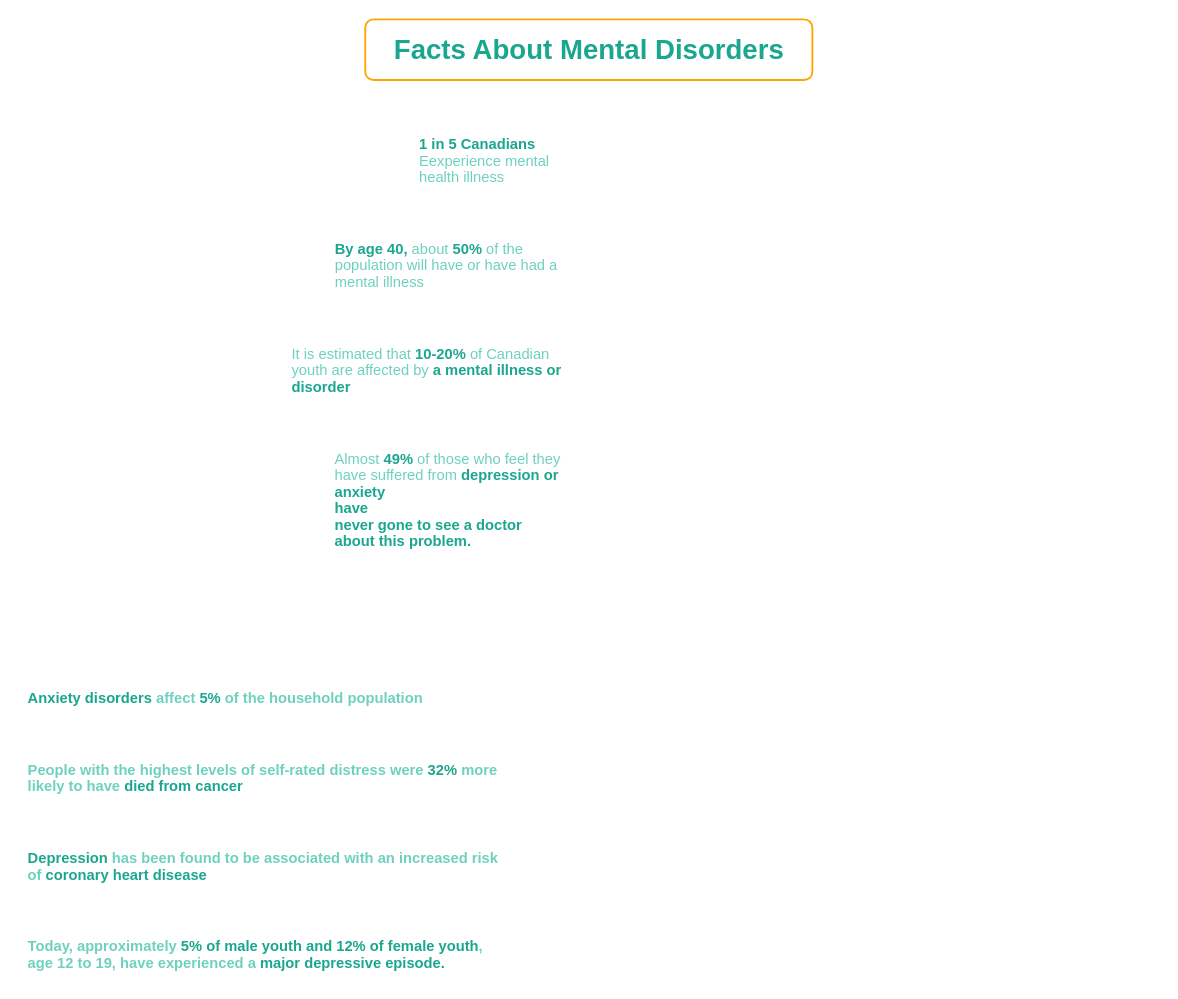
Repository: zzs1/2109-Dynamic-Content-Project
Page: joyce_code/index.html
The author's editor kept a copy of each file at every save. The page is drawn from the files as they stood at one save, then again after a run of saves.
The browser window is 1280 px wide. The pictures show the whole page, at 92% of full size.
Some web fonts or font styles are not loaded; a fallback is used.

Above is the page before, as saved 2021-03-08 20:53:05.
Console error: TypeError: Cannot read properties of null (reading 'innerHTML')

### joyce_code/index.html
<!DOCTYPE html>
<html>
  <head>
    <meta charset="UTF-8">
    <title>. </title>
    <link href="style.css" type="text/css" rel="stylesheet">
    <link href="https://fonts.googleapis.com/css2?family=Saira+Semi+Condensed:wght@500&display=swap" rel="stylesheet">
  </head>
  <body>
      <div id="main">

        <h3 id="heading"> Facts About Mental Disorders </h3>

        <div class="boxes" id="box1">
              <div class="text"><strong class="keyword">1 in 5 Canadians</strong> Eexperience mental health illness  </div>
              <div class="pic"></div>
        </div>

        <div class="boxes"  id="box2">
              <div class="pic"></div>
              <div class="text"><strong class="keyword">By age 40,</strong>
                about <div class="highlight">50%</div>  of the population will have or have had a mental illness  </div>
        </div>

        <div class="boxes" id="box3">
              <div class="text">It is estimated that <strong class="keyword">10-20% </strong> of Canadian youth are affected by <div class="highlight">a mental illness or disorder</div> </div>
              <div class="pic"></div>
        </div>

        <div class="boxes"  id="box4">
            <div class="pic"></div>
            <div class="text">Almost <strong class="keyword">49% </strong>of those who feel they have suffered from<strong class="keyword"> depression or anxiety</div> have <div id="highlight">never gone to see a doctor</div> about this problem.  </div>
        </div>

        <div class="boxes"  id="box5">
          <div class="text"><div class="highlight">Anxiety disorders</div> affect <div class="highlight">5%</div> of the household population </div>
          <div class="pic"></div>
        </div>

        <div class="boxes" id="box6">
          <div class="pic"></div>
          <div class="text">People with the highest levels of self-rated distress were <div class="highlight">32%</div> more likely to have <div class="highlight">died from cancer</div></div>
        </div>

        <div class="boxes" id="box7">
          <div class="text"><div class="highlight">Depression </div>has been found to be associated with an increased risk of <div class="highlight">coronary heart disease</div> </div>
          <div class="pic"></div>
        </div>

        <div class="boxes" id="box8">
          <div class="text">Today, approximately <div class="highlight">5% of male youth and 12% of female youth</div>, age 12 to 19, have experienced a <div class="highlight">major depressive episode.</div></div>
          <div class="pic"></div>
        </div>

      </div>
      <script src="index.js"></script>
      </body>
      </html>

### joyce_code/style.css
html, body{
    margin:0;
    font-family: 'Saira Semi Condensed', sans-serif;

}

#main{
    width:100vw;
    height:100vh;
    display:flex;
    flex-direction:column;
    align-self: start;
    align-items:center;

}

#heading{
    margin-top: 20px;
    font-size: 30px;
    color:#1BA68F;
    border:2px solid  orange;
    max-height:30%;
    max-width: 80%;
    padding:15px 30px;
    border-radius: 10px;
}

.boxes{
    padding:30px;
    max-height:40%;
    max-width: 80%;
    display: flex;
    flex-direction:column;
}
.text{
    display: inline;
    max-width: 50%;
    color:#6ED1BF;
}

.picture{
    width: 50%;
}

.keyword{
    color:#1BA68F;
}

.highlight{
    display: inline;
    color:#1BA68F;
    font-size: 16px;
    font-weight: bold;
}

### index.js
// DONT TOUCH !!Chisaki JS start from here
document.querySelector(".title").innerHTML += TitleUI("#FFFFFF","#1BA68F","Top 3 Mental illness in US","#1BA68F");
document.querySelector(".card").innerHTML += CardUI("What is top 1 Mental illness ?", "Bipolar disorder", "Anxiety disorder", "Major depressive disorder","Anxiety disorder","Symptoms can include excessive worrying, feeling agitated, restlessness, fatigue, tense muscles, difficulty sleeping, and panic attacks");
document.querySelector(".card").innerHTML += CardUI("What is 2nd Mental illness ?", "Bipolar disorder", "Anxiety disorder", "Major depressive disorder","Major depressive disorder", "Symptoms include depressed mood, change in weight, appetite and sleep patterns, fatigue, and a feeling of worthlessness");
document.querySelector(".card").innerHTML += CardUI("What is 3rd Mental illness ?", "Bipolar disorder", "Anxiety disorder", "Major depressive disorder","Bipolar disorder","Symptoms  include experience manic episodes where their moods and behaviors are drastically different than normal.");
document.querySelector(".title2").innerHTML += TitleUI("#FFFFFF","#FFD4C1","How to improve your mental health?","#FFAA81");
document.querySelector(".icon").innerHTML += IconUI("icon1",'comps/icon/pic1.svg',"EAT WELL");
document.querySelector(".icon").innerHTML += IconUI("icon2",'comps/icon/pic2.svg',"STRECHING");
document.querySelector(".icon").innerHTML += IconUI("icon3",'comps/icon/pic3.jpg',"STOP TOBBACO");
document.querySelector(".icon").innerHTML += IconUI("icon4",'comps/icon/pic4.svg', "TREAT YOURSELF");
document.querySelector(".icon").innerHTML += IconUI("icon5",'comps/icon/pic5.svg', "CHAT CHAT CHAT");
document.querySelector(".icon").innerHTML += IconUI("icon6",'comps/icon/pic6.svg', "PLAN YOUR GOAL");
document.querySelector(".info").innerHTML += InfoUI("info1",'comps/icon/pic1.svg',"Eat and drink to optimize your health","Eating healthy is not only good for your physical health, but also for your mental health. some people release their stress by eating junk foods, taking caffeine, or drinking alcohol, but it is not a good way to release your stress in the long run. Consider making healthy eating and drinking habits. ");
document.querySelector(".info").innerHTML += InfoUI("info2",'comps/icon/pic2.svg',"Exercise regularly","Try to do some exercises because we can ease our stress by moving our body. You can try non-competitive exercises, such as aerobics, weight training, and yoga. According to the study, aerobic exercise can release endorphins which are natural substances that make your feeling better and keep you being positive.");
document.querySelector(".info").innerHTML += InfoUI("info3",'comps/icon/pic3.jpg',"Stop using tobacco and nicotine products","Did you know smoking is not only bad for your physical health, but also mental health? Smoking increases your anxiety and tension. In fact, if you try to stop smoking and get rid of the nicotine, you would feel irritable and anxious due to the signals from certain chemicals in the brain.");
document.querySelector(".info").innerHTML += InfoUI("info4",'comps/icon/pic4.svg', "Study and practice relaxation techniques", "Finding your relaxation way is really important to relieve your stress. It can be anything that you would like to do, such as taking a long bath, deep breathing, doing mindfulness meditation, or daydreaming. In retheraphy, we are also introducing some popular relaxation ways.");
document.querySelector(".info").innerHTML += InfoUI("info5",'comps/icon/pic5.svg', "Talk how you feel to someone","By talking your concerns to someone else, you can organize your feeling. Moreover, someone may give you some advice for your concerns. It is always a good idea to talk your feelings to people you trust. If your concerns are really personal ones, you can also reach out to some professional consultants.");
document.querySelector(".info").innerHTML += InfoUI("info6",'comps/icon/pic6.svg', "Set realistic goals and expectations", "By setting realistic goals and achieving small goals step by step, you can get more and more confident on yourself. For example, if you are trying to go on diet, you can start by walking 1 or 2 bus stops distance once or twice a week. When you making a plan, it is a good idea to consider your plan for the long run.");
// DONT TOUCH !!Chisaki JS End here

After the next 4 saves:
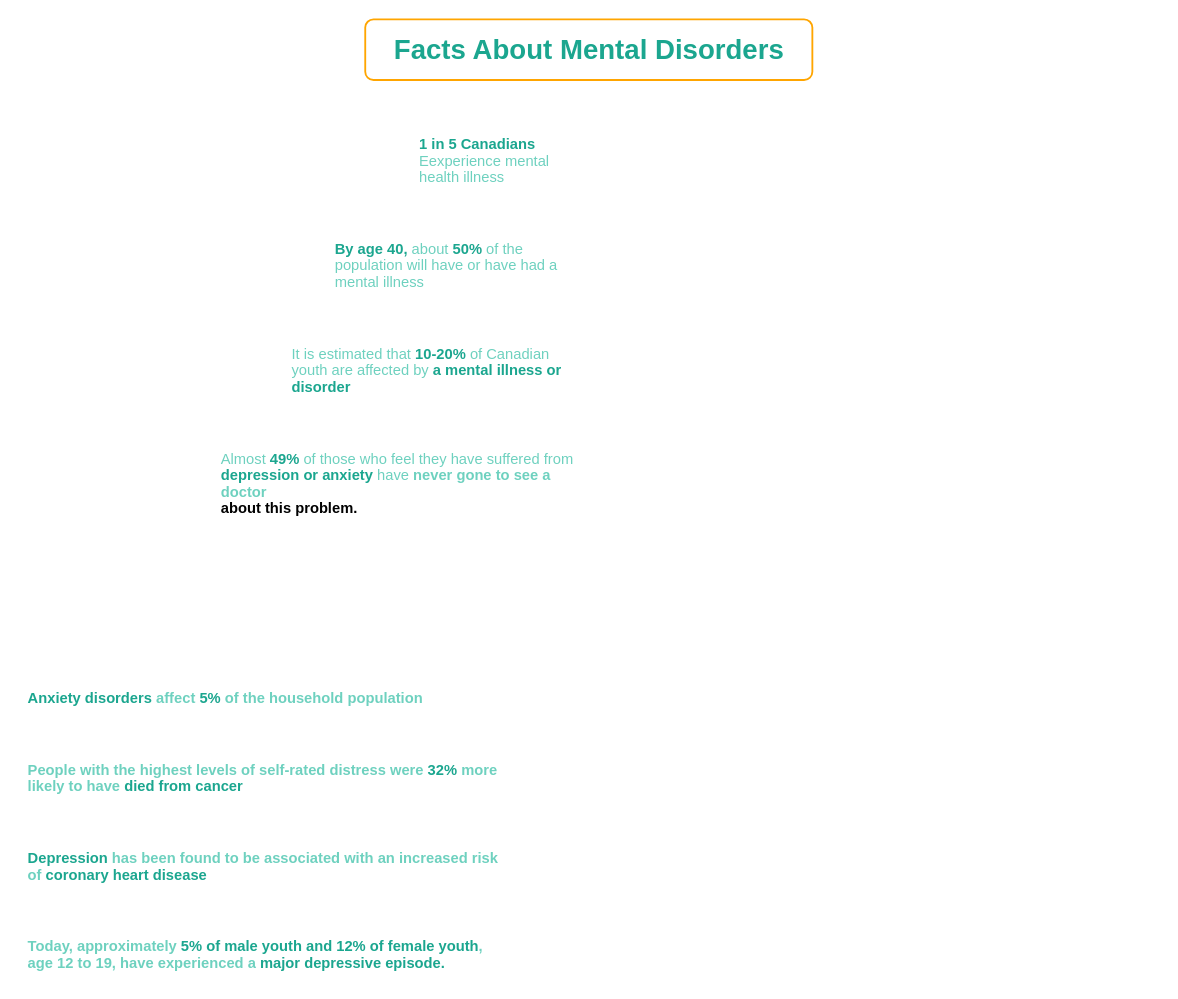
The 4 saves are shown as one change because they came seconds apart.
The last was saved 15 s later.
--- a/joyce_code/index.html
+++ b/joyce_code/index.html
@@ -29,7 +29,7 @@
 
         <div class="boxes"  id="box4">
             <div class="pic"></div>
-            <div class="text">Almost <strong class="keyword">49% </strong>of those who feel they have suffered from<strong class="keyword"> depression or anxiety</div> have <div id="highlight">never gone to see a doctor</div> about this problem.  </div>
+            <div class="text">Almost <strong class="keyword">49% </strong>of those who feel they have suffered from<strong class="keyword"> depression or anxiety</strong> have <strong id="highlight">never gone to see a doctor</div> about this problem.  </div>
         </div>
 
         <div class="boxes"  id="box5">
